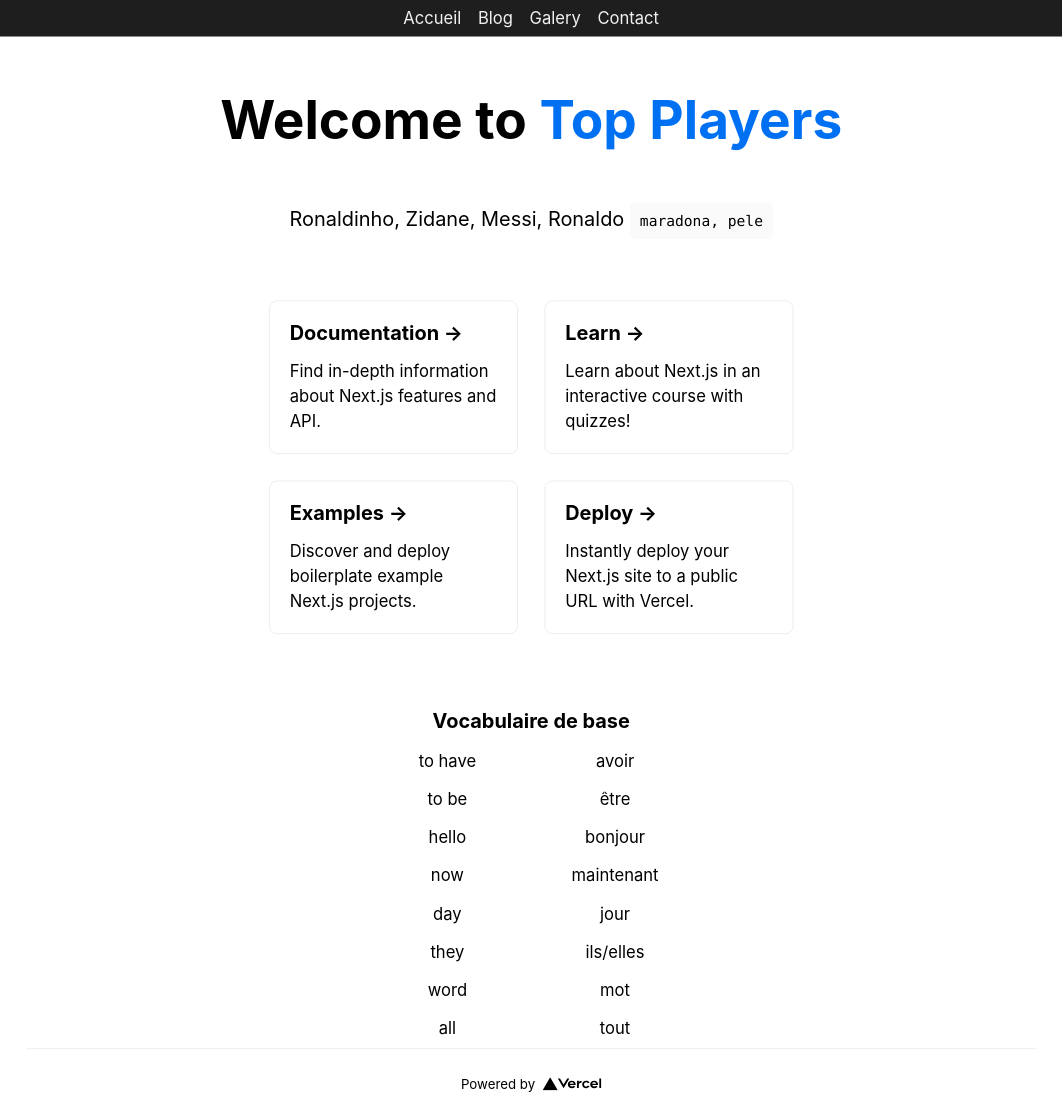
Repository: duncanidaho14/next-first-app
Page: /
The author's editor kept a copy of each file at every save. The page is drawn from the files as they stood at one save, then again after the next save.
The browser window is 1280 px wide. The pictures show the whole page, at 83% of full size.
The project was rebuilt for these pictures with package versions that can differ from the ones it lists, and the page was loaded fresh each time. The framework's server and built-in components were replaced by stand-ins that run in the browser. Also part of the build but not shown: next.config.js.

Above is the page before, as saved 2022-03-06 12:41:41.

### pages/_app.tsx
import '../styles/globals.css'
import type { AppProps } from 'next/app'
import Container from '../components/Container/Container'
function MyApp({ Component, pageProps }: AppProps) {
  return (
    <Container>
      <Component {...pageProps} />
    </Container>
  )
}

export default MyApp

### pages/_document.tsx
import Document, {Html, Head, Main, NextScript} from "next/document";

class MyDocument extends Document {
    render() {
        return (
            <Html lang="fr">
                <Head>
                    <body>
                        <Main />
                        <NextScript />
                    </body>
                </Head>
            </Html>
        )
    }
}

export default MyDocument;

### pages/index.tsx
import type { NextPage } from 'next'
import Head from 'next/head'
import Image from 'next/image'
import styles from '../styles/Home.module.css'

const Home: NextPage = (props) => {
  console.log(props);
  return (
    <div className={styles.container}>
      <Head>
        <title>Les meilleurs joueurs de foot</title>
        <meta name="description" content="Les meilleurs joueurs de foot de la planète à travers l'histoire..." />
        <link rel="icon" href="/favicon.ico" />
      </Head>

      <main className={styles.main}>
        <h1 className={styles.title}>
          Welcome to <a href="https://nextjs.org">Top Players</a>
        </h1>

        <p className={styles.description}>
          Ronaldinho, Zidane, Messi, Ronaldo{' '}
          <code className={styles.code}>maradona, pele</code>
        </p>

        <div className={styles.grid}>
          <a href="https://nextjs.org/docs" className={styles.card}>
            <h2>Documentation &rarr;</h2>
            <p>Find in-depth information about Next.js features and API.</p>
          </a>

          <a href="https://nextjs.org/learn" className={styles.card}>
            <h2>Learn &rarr;</h2>
            <p>Learn about Next.js in an interactive course with quizzes!</p>
          </a>

          <a
            href="https://github.com/vercel/next.js/tree/canary/examples"
            className={styles.card}
          >
            <h2>Examples &rarr;</h2>
            <p>Discover and deploy boilerplate example Next.js projects.</p>
          </a>

          <a
            href="https://vercel.com/new?utm_source=create-next-app&utm_medium=default-template&utm_campaign=create-next-app"
            className={styles.card}
          >
            <h2>Deploy &rarr;</h2>
            <p>
              Instantly deploy your Next.js site to a public URL with Vercel.
            </p>
          </a>
        </div>
      </main>
      <div>
        <h2 className={styles.titre}>Vocabulaire de base</h2>
        <table className={styles.tableau}>
          <tbody>
            {props.array.map(el => (
              <tr>
                <td>{el.en}</td>
                <td>{el.fr}</td>
              </tr>
            ))}
          </tbody>
        </table>
      </div>
      <footer className={styles.footer}>
        <a
          href="https://vercel.com?utm_source=create-next-app&utm_medium=default-template&utm_campaign=create-next-app"
          target="_blank"
          rel="noopener noreferrer"
        >
          Powered by{' '}
          <span className={styles.logo}>
            <Image src="/vercel.svg" alt="Vercel Logo" width={72} height={16} />
          </span>
        </a>
      </footer>
    </div>
  )
}

export default Home

export async function getStaticProps() {
  const data = await import("../data/vocabulary.json")
  const array = data.vocabulary

  return {
    props: {
      array
    }
  }
}

### components/Container/Container.tsx
import React from 'react'
import Navbar from '../Navbar/Navbar'

export default function Container({children}: any) {
    return (
        <>
            <Navbar/>
            {children}
        </>
    )
}

### styles/Home.module.css
.container {
  padding: 0 2rem;
}

.main {
  min-height: 100vh;
  padding: 4rem 0;
  flex: 1;
  display: flex;
  flex-direction: column;
  justify-content: center;
  align-items: center;
}

.footer {
  display: flex;
  flex: 1;
  padding: 2rem 0;
  border-top: 1px solid #eaeaea;
  justify-content: center;
  align-items: center;
}

.footer a {
  display: flex;
  justify-content: center;
  align-items: center;
  flex-grow: 1;
}

.title a {
  color: #0070f3;
  text-decoration: none;
}

.title a:hover,
.title a:focus,
.title a:active {
  text-decoration: underline;
}

.title {
  margin: 0;
  line-height: 1.15;
  font-size: 4rem;
}

.title,
.description {
  text-align: center;
}

.description {
  margin: 4rem 0;
  line-height: 1.5;
  font-size: 1.5rem;
}

.code {
  background: #fafafa;
  border-radius: 5px;
  padding: 0.75rem;
  font-size: 1.1rem;
  font-family: Menlo, Monaco, Lucida Console, Liberation Mono, DejaVu Sans Mono,
    Bitstream Vera Sans Mono, Courier New, monospace;
}

.grid {
  display: flex;
  align-items: center;
  justify-content: center;
  flex-wrap: wrap;
  max-width: 800px;
}

.card {
  margin: 1rem;
  padding: 1.5rem;
  text-align: left;
  color: inherit;
  text-decoration: none;
  border: 1px solid #eaeaea;
  border-radius: 10px;
  transition: color 0.15s ease, border-color 0.15s ease;
  max-width: 300px;
}

.card:hover,
.card:focus,
.card:active {
  color: #0070f3;
  border-color: #0070f3;
}

.card h2 {
  margin: 0 0 1rem 0;
  font-size: 1.5rem;
}

.card p {
  margin: 0;
  font-size: 1.25rem;
  line-height: 1.5;
}

.logo {
  height: 1em;
  margin-left: 0.5rem;
}

@media (max-width: 600px) {
  .grid {
    width: 100%;
    flex-direction: column;
  }
}

.titre {
  text-align: center;
  margin: 10px 0;
}

.tableau {
  margin: 0 auto;
  font-size: 20px;
}

.tableau tr {
  border: 1px solid #333;
}

.tableau td {
  padding: 10px;
  text-align: center;
  min-width: 200px;
}

.tableau tr td:nth-child(1) {
  border-right: 1;
}

### data/vocabulary.json
{
  "vocabulary": [
      {
        "en": "to have",
        "fr": "avoir"
      },
      {
        "en": "to be",
        "fr": "être"
      },      {
        "en": "hello",
        "fr": "bonjour"
      },      {
        "en": "now",
        "fr": "maintenant"
      },      {
        "en": "day",
        "fr": "jour"
      },      {
        "en": "they",
        "fr": "ils/elles"
      },      {
        "en": "word",
        "fr": "mot"
      },      {
        "en": "all",
        "fr": "tout"
      }
  ]
}

### components/Navbar/Navbar.tsx
import React from 'react'
import Link from 'next/link'
import styles from './Navbar.module.css'

export default function Navbar() {
  return (
    <nav className={styles.navbar}>
        <Link href="/">
        <a>Accueil</a>
        </Link>
        <Link href="/blog">
            <a>Blog</a>
        </Link>
        <Link href="/galery">
            <a>Galery</a>
        </Link>
        <Link href="/contact">
            <a>Contact</a>
        </Link>
    </nav>
  )
}

### components/Navbar/Navbar.module.css
.navbar {
    padding: 10px;
    background: rgb(31, 30, 30);
    display: flex;
    justify-content: center;
    font-size: 20px;
}

.navbar a {
    margin: 0 10px;
    color: #f1f1f1;
}

Loaded but not shown: styles/globals.css (common file)

After the next save:
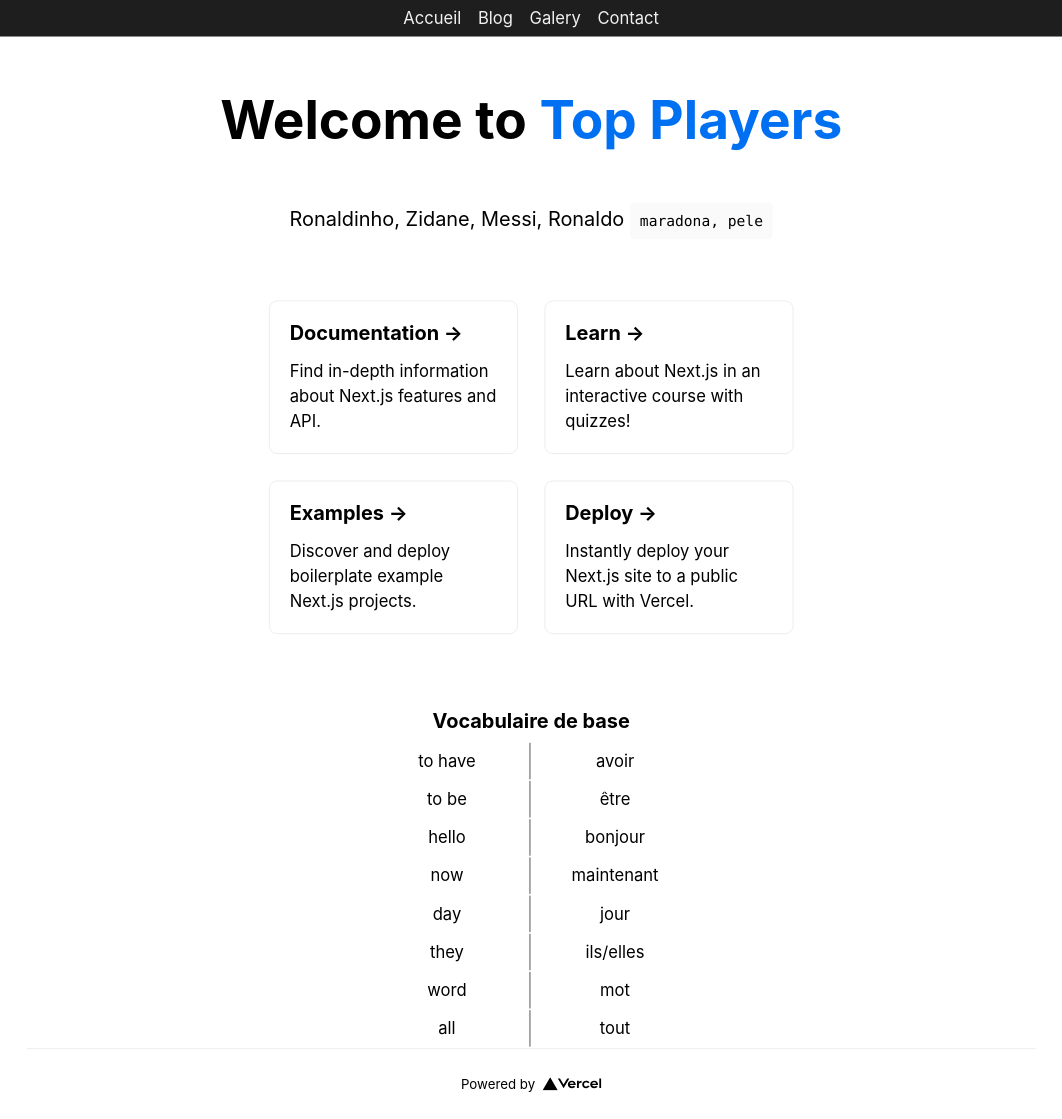
Saved 5 s later.
--- a/styles/Home.module.css
+++ b/styles/Home.module.css
@@ -136,5 +136,5 @@
 }
 
 .tableau tr td:nth-child(1) {
-  border-right: 1;
+  border-right: 1px solid #333;
 }
